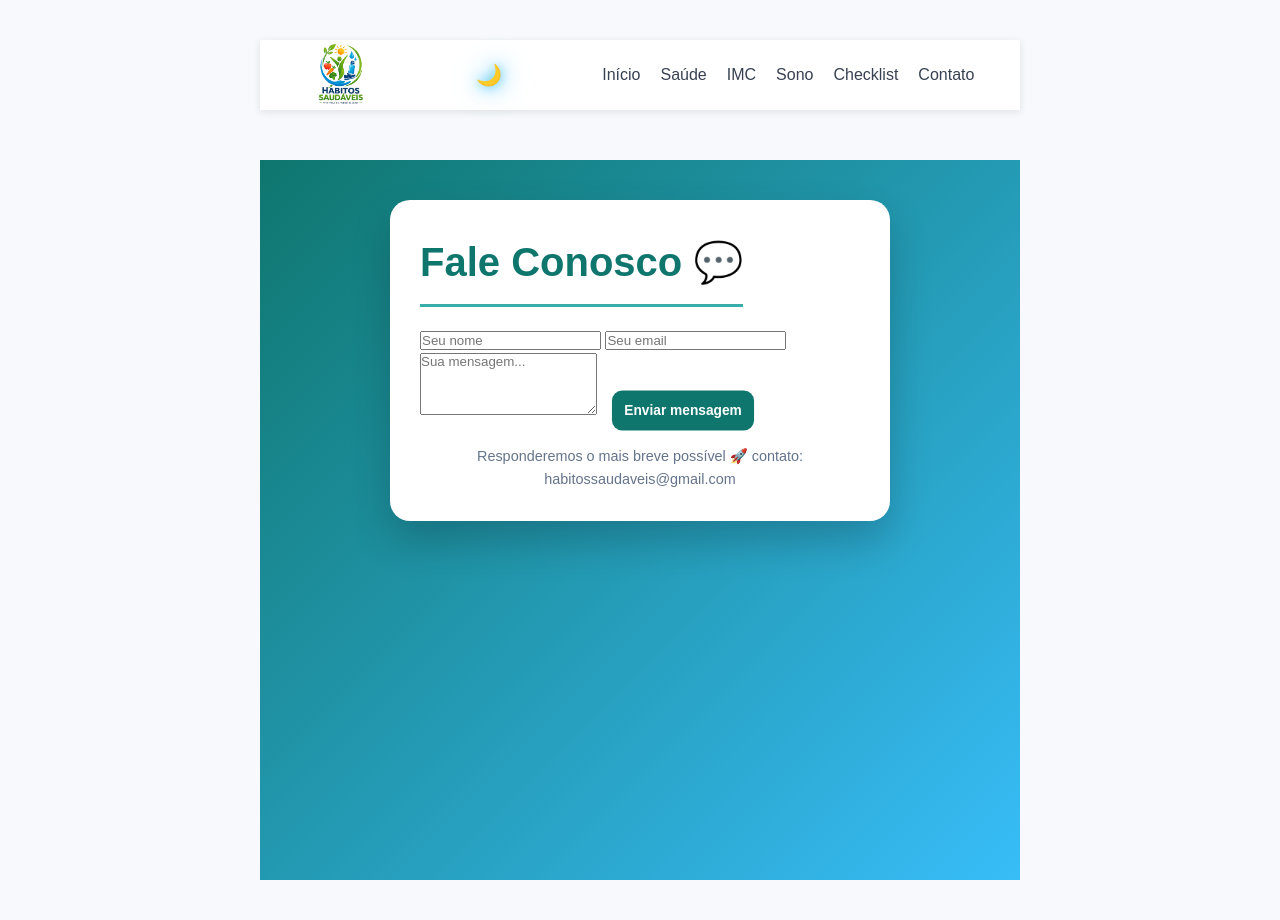
Repository: habitos2026/projetointegrador2026
Page: contato.html
These files come from the project's save history. The page is drawn as it stood at one moment and after a run of saves; the edit follows.
The browser window is 1280 px wide. The pictures show the whole page.
The pointer rests on the first visible `.contato-box button`.

Above is the page before, as saved 2026-06-10 23:15:05.

### contato.html
<!DOCTYPE html>
<html lang="pt-br">
<head>
<meta charset="UTF-8">
<meta name="viewport" content="width=device-width, initial-scale=1.0">
<title>Contato</title>

<link rel="stylesheet" href="estilos.css">

<style>

    :root {
            --cor-mente: #6a89cc;    /* Azul sereno */
            --cor-fisico: #38ada9;   /* Verde energia */
            --cor-agua: #4a69bd;     /* Azul hidratação */
            --cor-fundo: #f7f9fc;
        }

        /* Animação de Entrada */
        @keyframes fadeInUp {
            from {
                opacity: 0;
                transform: translateY(20px);
            }
            to {
                opacity: 1;
                transform: translateY(0);
            }
        }

        body {
            font-family: 'Segoe UI', Roboto, sans-serif;
            line-height: 1.6;
            background-color: var(--cor-fundo);
            color: #2f3542;
            max-width: 800px;
            margin: 0 auto;
            padding: 40px 20px;
        }

        header {
            text-align: center;
            margin-bottom: 50px;
            animation: fadeInUp 0.8s ease-out;
        }

        h1 {
            color: var(--cor-mente);
            font-size: 2.5rem;
            border-bottom: 3px solid var(--cor-fisico);
            display: inline-block;
            padding-bottom: 10px;
        }

        section {
            background: white;
            padding: 30px;
            border-radius: 15px;
            box-shadow: 0 10px 25px rgba(0,0,0,0.05);
            animation: fadeInUp 1s ease-out;
        }

        h2 {
            color: var(--cor-fisico);
            margin-top: 30px;
            display: flex;
            align-items: center;
            gap: 10px;
        }

/* ÁREA SÓ DO CONTATO */
.contato-page {
    background: linear-gradient(135deg, #0f766e, #38bdf8);
    min-height: 100vh;
    padding: 40px 10px;
}

/* CARD */
.contato-box {
    max-width: 500px;
    margin: auto;
    background: white;
    padding: 30px;
    border-radius: 20px;
    box-shadow: 0 20px 40px rgba(0,0,0,0.2);
    animation: subir 0.6s ease;
}

/* ANIMAÇÃO */
@keyframes subir {
    from {
        opacity: 0;
        transform: translateY(40px);
    }
    to {
        opacity: 1;
        transform: translateY(0);
    }
}

.contato-box h1 {
    text-align: center;
    color: #0f766e;
    margin-bottom: 20px;
}

/* FORM */
.contato-form {
    display: flex;
    flex-direction: column;
    gap: 15px;
}

.contato-form input,
.contato-form textarea {
    padding: 12px;
    border-radius: 10px;
    border: 1px solid #cbd5e1;
    outline: none;
    transition: 0.3s;
    font-size: 1rem;
}

.contato-form input:focus,
.contato-form textarea:focus {
    border-color: #0f766e;
    box-shadow: 0 0 8px rgba(15,118,110,0.3);
}

/* BOTÃO */
.contato-form button {
    padding: 12px;
    border: none;
    border-radius: 10px;
    background: #0f766e;
    color: white;
    font-weight: bold;
    cursor: pointer;
    transition: 0.3s;
}

.contato-form button:hover {
    background: #115e59;
    transform: scale(1.03);
    cursor: pointer;
}

.contato-box button{
    padding: 12px;
    margin-left: 13px;
    border: none;
    border-radius: 10px;
    background: #0f766e;
    color: white;
    font-weight: bold;
    cursor: pointer;
    transition: 0.3s;
}

.contato-box button:hover {
    background: ;
    transform: scale(1.03);
    box-shadow: 0 0 8px ;
    cursor: pointer;
}

/* TEXTO */
.info {
    text-align: center;
    margin-top: 15px;
    color: #64748b;
    font-size: 0.9rem;
}

</style>

</head>

<body>

<div id="menu"></div>

<div class="contato-page">

    <div class="contato-box">
        <h1>Fale Conosco 💬</h1>

        <form class= method="post">
            <input type="text" placeholder="Seu nome" required>
            <input type="email" placeholder="Seu email" required>
            <textarea rows="4" placeholder="Sua mensagem..." required></textarea>
            <button type="submit">Enviar mensagem</button>
        </form>

        <div class="info">
            Responderemos o mais breve possível 🚀  contato: habitossaudaveis@gmail.com
        </div>
    </div>

</div>

<script src="trabalho.js"></script>

</body>
</html>

### estilos.css
:root{
    --cinza245: rgb(245,245,245);
    --cinza220: rgb(220,220,220);
    --cinza128: rgb(128,128,128);
    --azul: rgb(0,80,120);
    --amarelo: yellow;
}

/* RESET */
*{
    margin:0;
    padding:0;
    box-sizing:border-box;
    font-family:Arial, sans-serif;
}

body{
    background:#f5f7fb;
    color:#1f2937;
}

/* HEADER */
header{
    background:white;
    height:70px;

    display:flex;
    align-items:center;
    justify-content:space-between;

    padding:0 6%;

    box-shadow:0 2px 8px rgba(0,0,0,0.1);
}

/* LOGO */
.logo{
    height:100%;
    width:auto;
}

/* MENU */
.menu{
    display:flex;
    align-items:center;
    gap:20px;
}

.menu a{
    text-decoration:none;
    color:#374151;
    transition: 0.5s;

}

.menu a:hover{
    color:#0f766e;
    text-shadow: 0 0 6px #01b3a4;
}

/* TOPO MENU MOBILE */
.topoMenu{
    display:none;
}

/* BOTÃO MENU */
.botaoMenu{
    border:none;
    background:transparent;

    display:none;
    flex-direction:column;

    gap:6px;

    cursor:pointer;
    transition:0.5s;
}

.botaoMenu div{
    width:28px;
    height:3px;

    background:black;
    transition:0.5s;
}

/* MAIN */
main{
    max-width:800px;

    margin:40px auto;

    background:white;

    padding:30px;

    border-radius:10px;
}

/* TEXTOS */
h1{
    color:#0f766e;
    margin-bottom:10px;
}

p{
    margin-bottom:15px;
}

/* BANNER */
.bannerIndexInicio{
    width:100%;
    height:300px;
    overflow:hidden;
}

.bannerIndexInicio img{
    width:100%;
    height:100%;

    object-fit:cover;
    display:block;
}

.bannerIndex{
    height:100%;

    display:flex;
    justify-content:center;

    overflow:hidden;

    aspect-ratio:16/9;
}

.bannerIndex img{
    width:70%;
    height:80%;

    object-fit:cover;
}

/* BOX ÁGUA */
.agua-box{
    background:#ecfeff;

    padding:20px;

    border-radius:15px;

    margin-bottom:20px;
}

.agua-box h2{
    color:#0f766e;
    margin-bottom:10px;
}

.agua-box input{
    width:100%;

    padding:10px;

    margin-bottom:10px;

    border-radius:8px;

    border:1px solid #ccc;
}

.agua-box button{
    width:100%;

    padding:12px;

    background:#0f766e;

    color:white;

    border:none;

    border-radius:8px;

    cursor:pointer;

    transition:0.5s;
}

.agua-box button:hover{
    background:#115e59;

    transform:scale(1.01);

    box-shadow:
    0 0 10px rgb(1, 255, 234),
    0 0 15px rgb(0, 173, 253);
}

#resultadoAgua{
    margin-top:10px;
    font-weight:bold;
}

/* LISTAS */
.listas{
    width:65%;

    display:grid;

    grid-template-columns:repeat(2, 1fr);

    gap:1rem;
}

/* IMAGENS SAÚDE */
.Saude .Imagem img{

    width:35%;

    height:auto;

    object-fit:cover;

    border-radius:15px;

    transition:0.4s;
}

.Saude .Imagem img:hover{

    transform:scale(1.05);

    box-shadow:
    0 0 10px cyan,
    0 0 20px cyan,
    0 0 40px cyan;
}

.imc-box{
    background:#0f766e;

    padding:20px;

    border-radius:20px;

    margin-top:3rem;


}

.imc-box input{
    width:100%;

    padding:10px;

    margin-bottom:10px;

    border-radius:8px;

    border:1px solid #ccc;
}

.imc-box button{
    width:100%;

    padding:12px;

    background: white;

    border: none;

    border-radius:8px;

    cursor:pointer;

    transition:0.5s;
}

.imc-box button:hover{
    background:#f0f0f0;

    transform:scale(1.002);

    box-shadow:
    0 0 6px rgb(1, 255, 234),
    0 0 8px rgb(0, 173, 253),
    0 0 15px  rgba(18, 165, 153);
}

#resultado{
    margin-top:20px;

    font-weight:bold;

    display: flex;

    flex-direction: column;

    align-items: center;

    gap: 10px;

}

#botaoFecharMenu{
    border:none;

    background:transparent;

    box-shadow: none;

    font-size:20px;

    cursor:pointer;

    transition: 0.5s;

    border-radius: 100px;

}


#botaoFecharMenu:hover{
    color: red;
    text-shadow:  0 0 11px rgb(255, 0, 0);
}

#botaoFecharMenu:active{
  animation: clickEffect 0.2s ease;
}


/* ===== BOTÃO TEMA ===== */

/* Tema CLARO ativo — botão mostra 🌙 — neon azul */
#btnTema {
    background: transparent;
    border: none;
    border-radius: 50%;
    width: 38px;
    height: 38px;
    font-size: 1.3rem;
    cursor: pointer;
    transition: all 0.3s;
    filter: drop-shadow(0 0 6px #38bdf8) drop-shadow(0 0 12px #7dd3fc);
}

#btnTema:hover {
    transform: scale(1.12) rotate(10deg);
    filter: drop-shadow(0 0 10px #38bdf8) drop-shadow(0 0 20px #7dd3fc);
}

/* Tema ESCURO ativo — botão mostra ☀️ — neon amarelo */
body.dark #btnTema {
    border: none;
    box-shadow: none;
    filter: drop-shadow(0 0 6px #f59e0b) drop-shadow(0 0 12px #fbbf24);
}

body.dark #btnTema:hover {
    transform: scale(1.2) rotate(50deg);
    filter: drop-shadow(0 0 10px #f59e0b) drop-shadow(0 0 20px #fbbf24);
}

/* ===== DARK MODE ===== */
body.dark {
    background: #0a0f1e;
    color: #e2e8f0;
}

body.dark header {
    background: #0d1b2a;
    box-shadow: 0 2px 8px rgba(0,0,0,0.5);
}

body.dark .menu {
    background: #0d1b2a;
}

body.dark .menu a {
    color: #94a3b8;
    border-bottom-color: #1e3a5f;
}

body.dark .menu a:hover {
    color: #7dd3fc;
    text-shadow: 0 0 6px #7dd3fc88;
}

body.dark main,
body.dark section {
    background: #0d1b2a;
    box-shadow: 0 4px 20px rgba(0,0,0,0.3);
}

body.dark .logo {
    filter: brightness(0.9) drop-shadow(0 0 6px rgba(56, 189, 248, 0.4));
    border-radius: 50%;
    background: transparent;
    mix-blend-mode: screen;
}

body.dark h1 {
    color: #38bdf8;
    text-shadow: 0 0 8px #38bdf855;
}

body.dark h2 {
    color: #7dd3fc;
    text-shadow: none;
}

body.dark .agua-box {
    background: #0d2137;
    border: 1px solid #1e3a5f;
}

body.dark .agua-box input,
body.dark .imc-box input,
body.dark .contato-form input,
body.dark .contato-form textarea {
    background: #0a0f1e;
    color: #e2e8f0;
    border-color: #1e3a5f;
}

body.dark .habit-item {
    background: #0d1b2a;
    color: #e2e8f0;
}

body.dark .barra {
    background: #1e293b;
}

body.dark .barra span {
    background: #38bdf8;
}

body.dark li {
    background: #0d1b2a;
    border-left-color: #38bdf8;
    color: #e2e8f0;
}

body.dark li:hover {
    background: #0d2137;
}

body.dark .contato-box {
    background: #0d1b2a;
}

body.dark .contato-form input,
body.dark .contato-form textarea {
    background: #0a0f1e;
    color: #e2e8f0;
    border-color: #1e3a5f;
}

body.dark footer {
    color: #475569;
}

@keyframes clickEffect {
  0% {
    transform: scale(1);
    text-shadow: 0 0 10px red;
  }
  50% {
    transform: scale(0.95);
    text-shadow: 0 0 20px red;
  }
  100% {
    transform: scale(1);
    text-shadow: 0 0 10px red;
  }
}

/* ANIMAÇÃO */
@keyframes subir{

    from{
        opacity:0;
        transform:translateY(-20px);
    }

    to{
        opacity:1;
        transform:translateY(0);
    }

}

/* MOBILE */
@media screen and (max-width:950px){

    .botaoMenu{
        display:flex;

        animation:subir 0.5s ease;
    }

    .botaoMenu:hover{
        transform: scale(1.03);
    }
    .botaoMenu:hover div{
        box-shadow: 0 10px 15px rgba(0,0,0,0.4);

    }

    .menu{
        position:fixed;

        top:0;
        right:-100%;

        width:80%;
        height:100vh;

        background:white;

        flex-direction:column;

        align-items:flex-start;

        padding:30px;

        transition: right 0.5s;

        z-index:999;
    }

    .menu a{
        width:100%;

        padding:12px 0;


        border-bottom:1px solid var(--cinza220);

        text-decoration:none;

        color:#374151;

        transition: 0.10s;

}

    .menu a:hover{
    color:#0f766e;
    text-shadow: 0 0 6px #01b3a4;
    border: #01b3a4 1px solid;
    transition: 0.5s;
}

    .topoMenu{
        display:flex;

        width:100%;

        justify-content:space-between;

        align-items:center;

        margin-bottom:30px;
    }

    .topoMenu button{
        border:none;

        background:transparent;

        font-size:20px;

        cursor:pointer;
    }

    main{
        margin:20px;
    }

    .bannerIndex img{
        width:100%;
        height:220px;
    }

    .listas{
        width:100%;

        grid-template-columns:1fr;
    }

    .Saude .Imagem img{
        width:100%;
    }
}

### trabalho.js
// ===== DARK MODE — roda ANTES de tudo =====
if (localStorage.getItem("tema") === "dark") {
    document.body.classList.add("dark");
}

// ===== MENU =====
fetch("menu.html")
.then(res => res.text())
.then(data => {

    document.getElementById("menu").innerHTML = data;

    // Botão tema
    const btnTema = document.getElementById("btnTema");
    btnTema.textContent = document.body.classList.contains("dark") ? "☀️" : "🌙";

    btnTema.addEventListener("click", () => {
        document.body.classList.toggle("dark");
        const temaDark = document.body.classList.contains("dark");
        localStorage.setItem("tema", temaDark ? "dark" : "light");
        btnTema.textContent = temaDark ? "☀️" : "🌙";
    });

    // Botões do menu mobile
    const abrir = document.querySelector(".botaoMenu");
    const fechar = document.querySelector("#botaoFecharMenu");
    const menu = document.querySelector("#menuNav");

    abrir.addEventListener("click", () => {
        menu.style.right = "0";
    });

    fechar.addEventListener("click", () => {
        menu.style.right = "-100%";
    });

});

// ===== RESTO DAS FUNÇÕES =====

function calc() {
    const checks = document.querySelectorAll('.habit-item input');
    let marcados = 0;

    checks.forEach(check => {
        if(check.checked) marcados++;
    });

    let porcentagem = (marcados / checks.length) * 100;

    document.getElementById("pct").innerText = Math.round (porcentagem) + "%";
    document.getElementById("bar").style.width = porcentagem + "%";

    const msg = document.getElementById("msg");
    const imgGif = document.getElementById("imgGif");

    if (porcentagem === 100) {

    msg.innerText = "Parabéns! Você completou todos os hábitos 🎉";

    lancarConfetes();

} else {

    msg.innerText = "";
    imgGif.innerHTML = "";

}
}

const data = document.getElementById("data");
if (data) {
    data.addEventListener("click", () => {
        data.showPicker();
    });
}

function calcularAgua() {
    const peso = parseFloat(document.getElementById("peso").value);
    const idade = parseInt(document.getElementById("idade").value);

    if (isNaN(peso) || peso <= 0 || isNaN(idade) || idade <= 0) {
        document.getElementById("resultadoAgua").innerText = "Por favor, preencha peso e idade corretamente.";
        return;
    }

    let mlPorKg;

    if (idade <= 17) mlPorKg = 40;
    else if (idade <= 55) mlPorKg = 35;
    else if (idade <= 65) mlPorKg = 30;
    else mlPorKg = 25;

    const totalMl = peso * mlPorKg;
    const totalLitros = (totalMl / 1000).toFixed(1);

    document.getElementById("resultadoAgua").innerText =
        `Você deve beber aproximadamente ${totalLitros}L de água por dia.`;
}

function lancarConfetes() {

    // Evita lançar várias vezes
    if (document.getElementById("confetes")) return;

    const canvas = document.createElement("canvas");
    canvas.id = "confetes";

    // Cobre a tela toda
    canvas.style.cssText = `
        position: fixed;
        top: 0;
        left: 0;
        width: 100%;
        height: 100%;
        pointer-events: none;
        z-index: 9999;
    `;

    document.body.appendChild(canvas);

    const ctx = canvas.getContext("2d");
    canvas.width = window.innerWidth;
    canvas.height = window.innerHeight;

    // Cores dos confetes
    const cores = [
        "#f59e0b", "#38bdf8", "#34d399",
        "#f472b6", "#a78bfa", "#fb923c"
    ];

    // Cria 150 confetes
    const confetes = Array.from({ length: 150 }, () => ({
        x: Math.random() * canvas.width,
        y: Math.random() * -canvas.height,
        w: Math.random() * 10 + 6,
        h: Math.random() * 5 + 3,
        cor: cores[Math.floor(Math.random() * cores.length)],
        velocidade: Math.random() * 4 + 2,
        angulo: Math.random() * 360,
        rotacao: Math.random() * 6 - 3,
        oscilacao: Math.random() * 2 - 1
    }));

    let frame;
    let tempo = 0;

    function animar() {
        ctx.clearRect(0, 0, canvas.width, canvas.height);
        tempo++;

        confetes.forEach(c => {
            c.y += c.velocidade;
            c.x += c.oscilacao;
            c.angulo += c.rotacao;

            ctx.save();
            ctx.translate(c.x, c.y);
            ctx.rotate((c.angulo * Math.PI) / 180);
            ctx.fillStyle = c.cor;
            ctx.fillRect(-c.w / 2, -c.h / 2, c.w, c.h);
            ctx.restore();
        });

        // Para após 4 segundos
        if (tempo < 240) {
            frame = requestAnimationFrame(animar);
        } else {
            cancelAnimationFrame(frame);
            canvas.remove();
        }
    }

    animar();
}

### menu.html
<header>

    <img class="logo" src="pasta-de-imagens/Logo.png" alt="Logo">

    <button id="btnTema" title="Alternar tema">🌙</button>

    <button class="botaoMenu">

        <div></div>
        <div></div>
        <div></div>

    </button>

    <nav id="menuNav" class="menu">

        <div class="topoMenu">

            <h3>Menu</h3>
            <button id="botaoFecharMenu">X</button>
            <button id="abrirMenu" class="botaoMenu"></button>

        </div>

        <a href="index.html">Início</a>
        <a href="saude.html">Saúde</a>
        <a href="imc.html">IMC</a>
        <a href="sono.html">Sono</a>
        <a href="checklist.html">Checklist</a>
        <a href="contato.html">Contato</a>

    </nav>

</header>

After the next 4 saves:
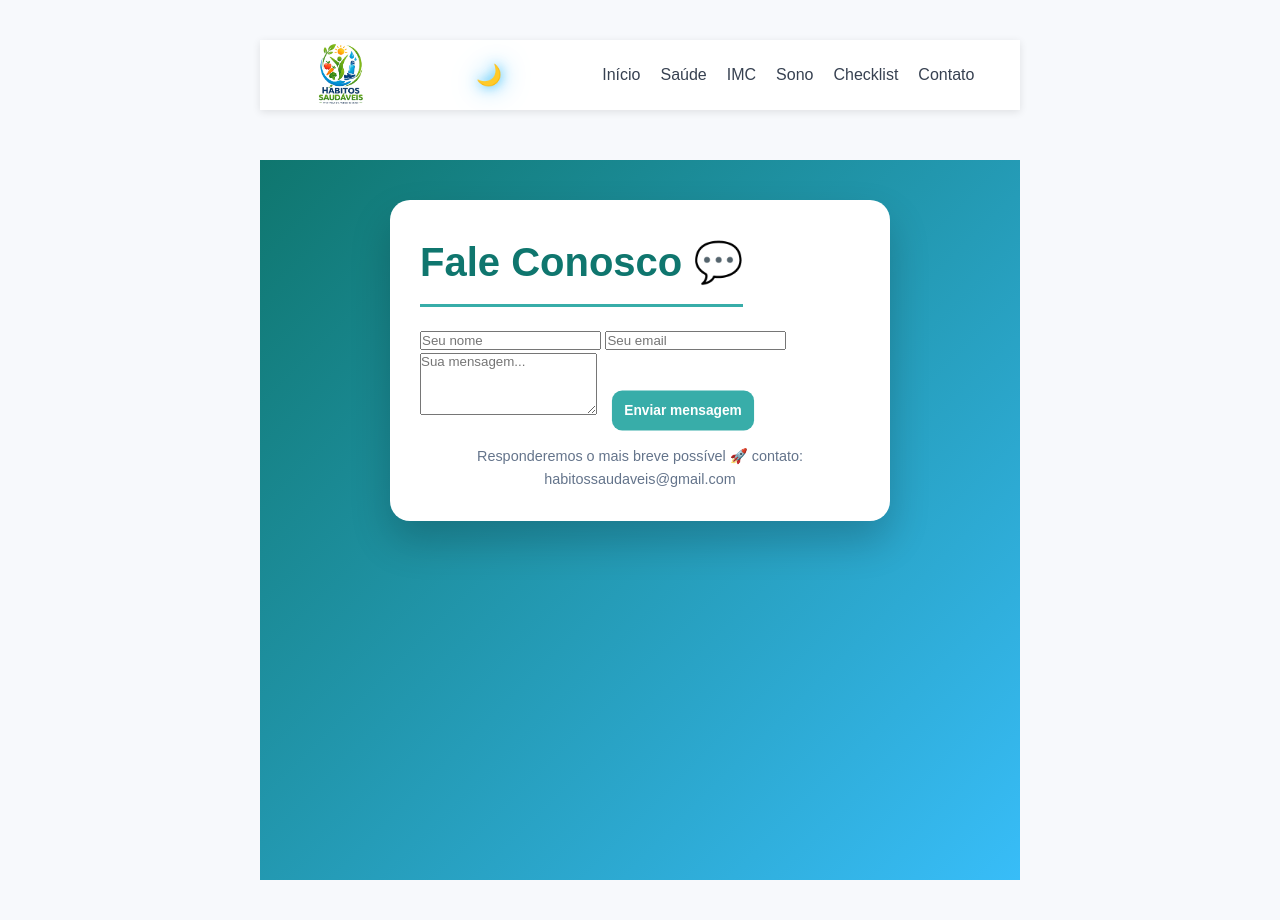
The 4 saves are shown as one change because they came seconds apart.
The last was saved 14 s later.
--- a/contato.html
+++ b/contato.html
@@ -158,7 +158,7 @@
 }
 
 .contato-box button:hover {
-    background: ;
+    background: var(--cor-fisico);
     transform: scale(1.03);
     box-shadow: 0 0 8px ;
     cursor: pointer;
